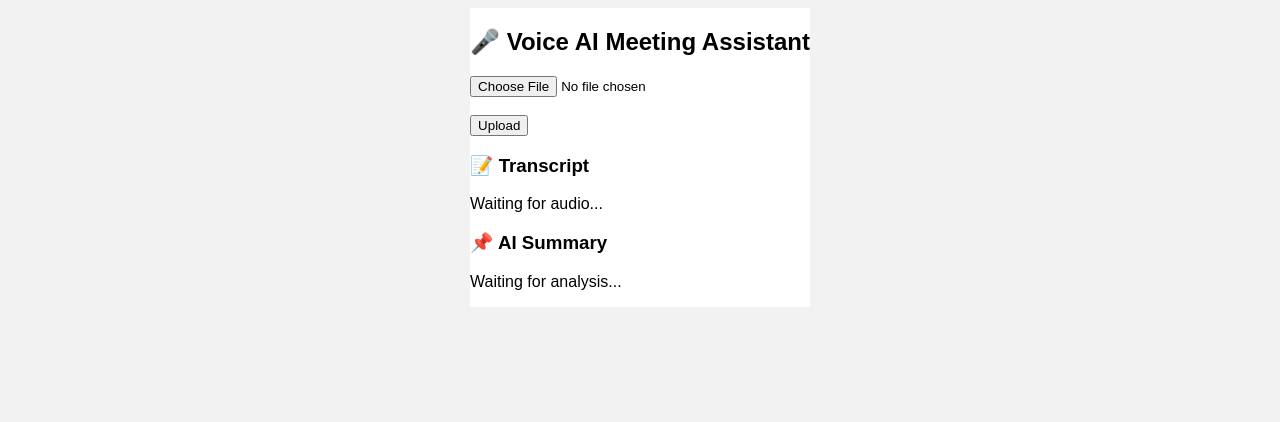
Repository: MujtabaHabib/Voice-AI-Meeting-Assistant
Page: index.html
These files come from the project's save history. The page is drawn as it stood at one moment and after a run of saves; the edit follows.
The browser window is 1280 px wide. The pictures show the whole page.

Above is the page before, as saved 2026-02-01 21:58:35.

After the next 2 saves:
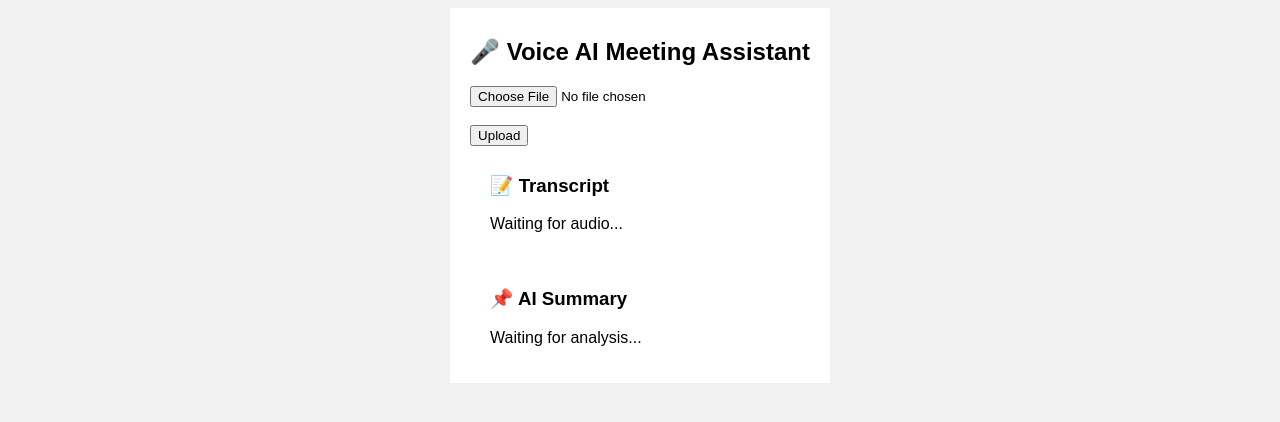
The 2 saves are shown as one change because they came seconds apart.
The last was saved 72 s later.
--- a/style.css
+++ b/style.css
@@ -9,5 +9,5 @@ body{
 
 div{
     background-color: white;
-    padding: ;
+    padding: 10px 20px;
 }
